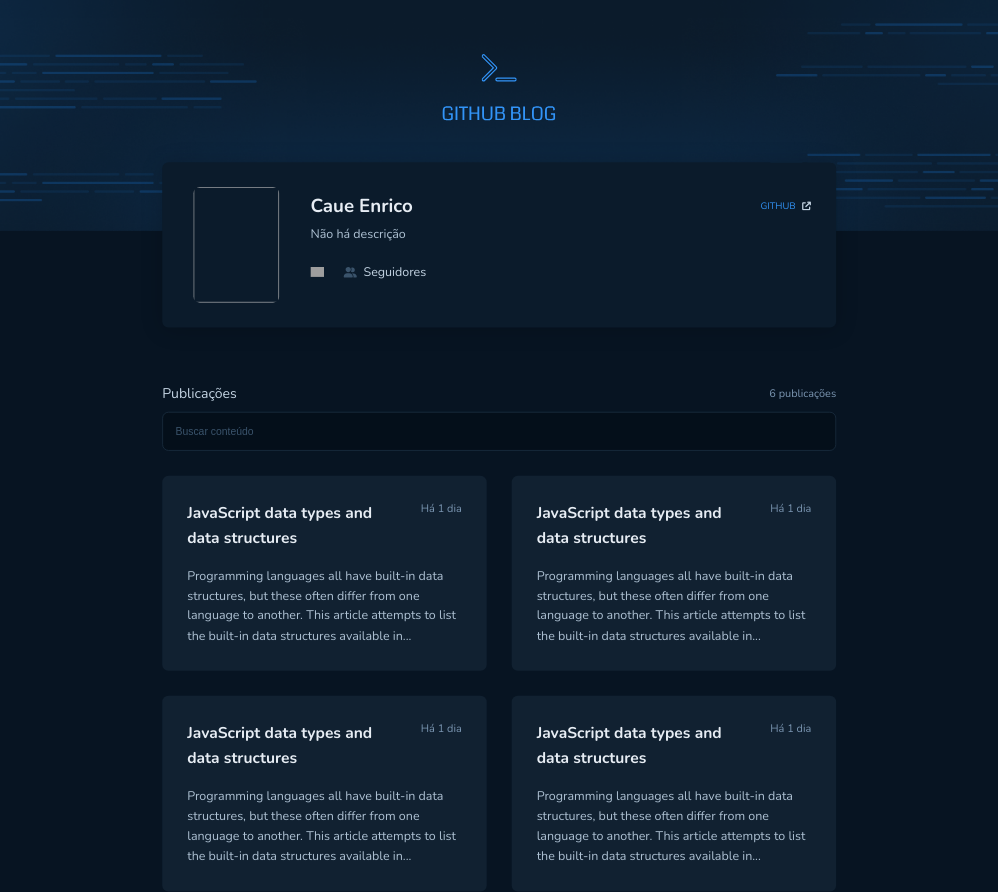
Repository: caueenrico/GitBlog
Page: /
The author's editor kept a copy of each file at every save. The page is drawn from the files as they stood at one save, then again after the next save.
The browser window is 1280 px wide. The pictures show the whole page, at 78% of full size.
Pictures or frames that could not be fetched are drawn as grey boxes. The page's requests for data from a server got no answer. The project was rebuilt for these pictures with package versions that can differ from the ones it lists, and the page was loaded fresh each time. No one was signed in, and anything a server would have sent is missing. Also part of the build but not shown: vite.config.ts.

Above is the page before, as saved 2022-10-26 09:48:27.

After the next save:
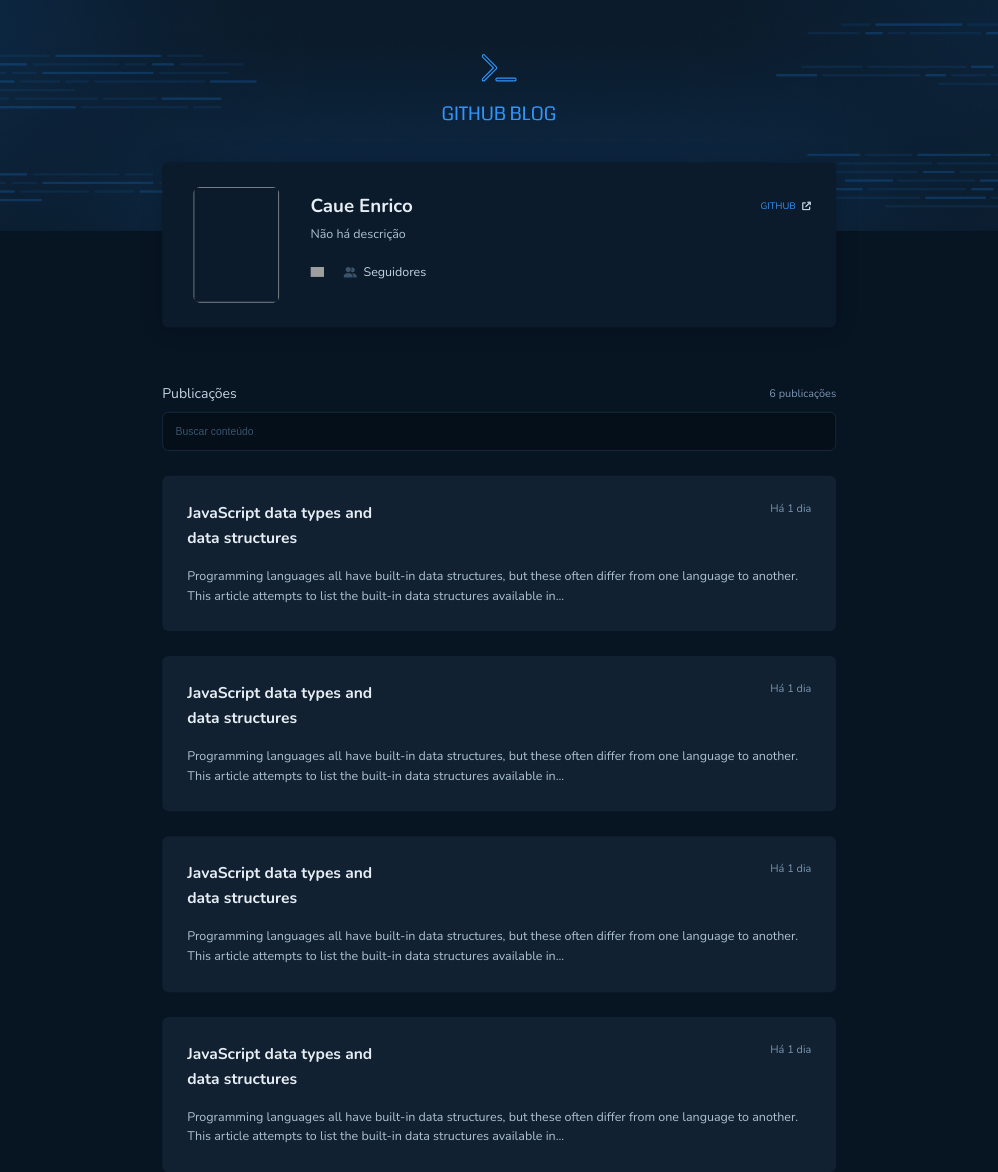
Saved 2 min 9 s later.
--- a/src/pages/Home/styles.ts
+++ b/src/pages/Home/styles.ts
@@ -114,7 +114,7 @@
 
   margin-top: 32px;
   display: grid;
-  grid-template-columns: repeat(2, 1fr);
+  grid-template-columns: repeat();
   gap: 32px;
 
 `

After the 4 saves that followed:
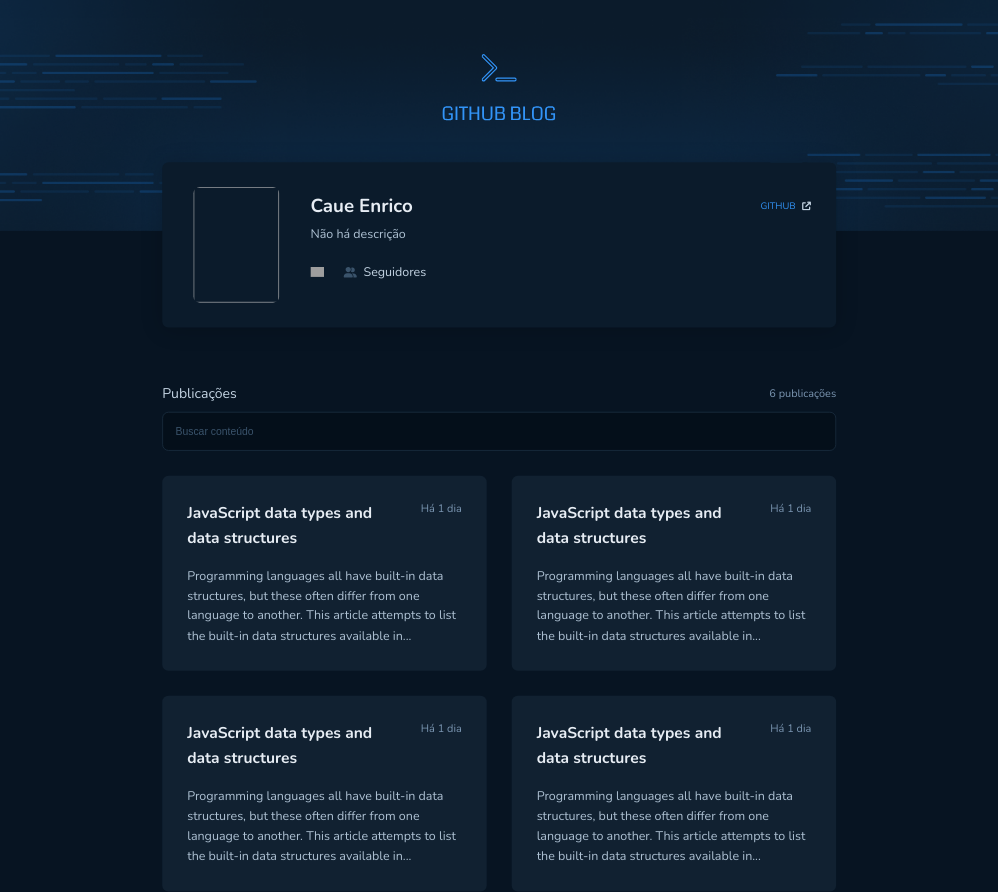
The 4 saves are shown as one change because 1 left the picture as it was and some came seconds apart.
The last was saved 13 s later.
--- a/src/pages/Home/styles.ts
+++ b/src/pages/Home/styles.ts
@@ -114,7 +114,7 @@
 
   margin-top: 32px;
   display: grid;
-  grid-template-columns: repeat();
+  grid-template-columns: repeat(auto-fit, minmax(300px, 1fr));
   gap: 32px;
 
 `
